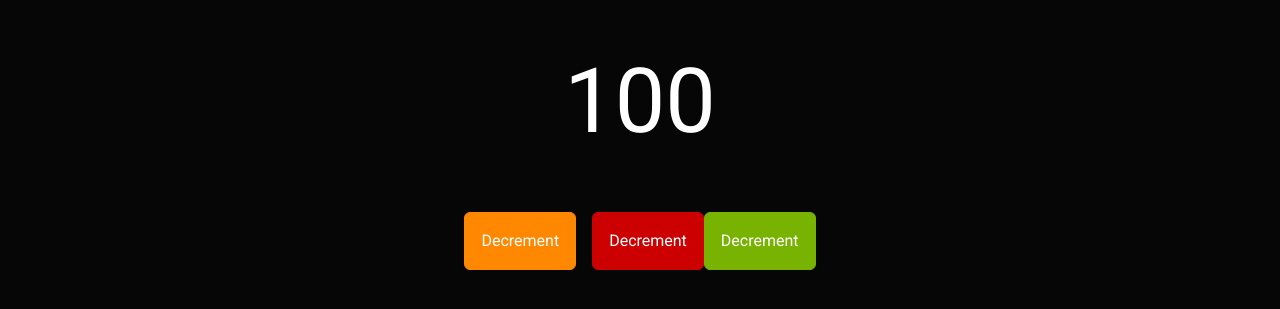
Repository: Afraz13/Emoboo
Page: /
These files come from the project's save history. The page is drawn as it stood at one moment and after the next save; the edit follows.
The browser window is 1280 px wide. The pictures show the whole page.
The project was rebuilt for these pictures with package versions that can differ from the ones it lists, and the page was loaded fresh each time. Also part of the build but not shown: src/App.css.

Above is the page before, as saved 2024-08-15 12:29:18.

After the next save:
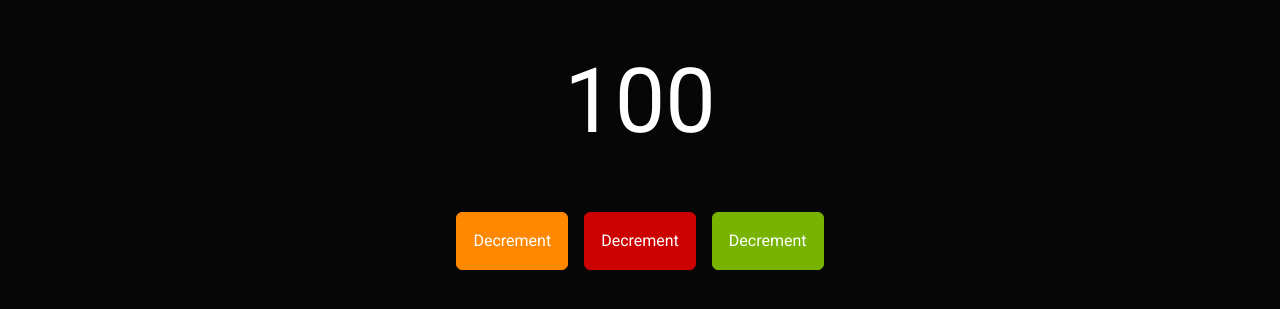
Saved 4 s later.
--- a/src/compontent/Counter.jsx
+++ b/src/compontent/Counter.jsx
@@ -7,7 +7,7 @@ function Counter() {
         <div className='mt-5'>
             <button className='btn btn-warning p-3'>Decrement</button>
             <button className='btn btn-danger p-3 ms-3'>Decrement</button>
-            <button className='btn btn-success p-3'>Decrement</button>
+            <button className='btn btn-success p-3 ms-3'>Decrement</button>
 
         </div>
 
